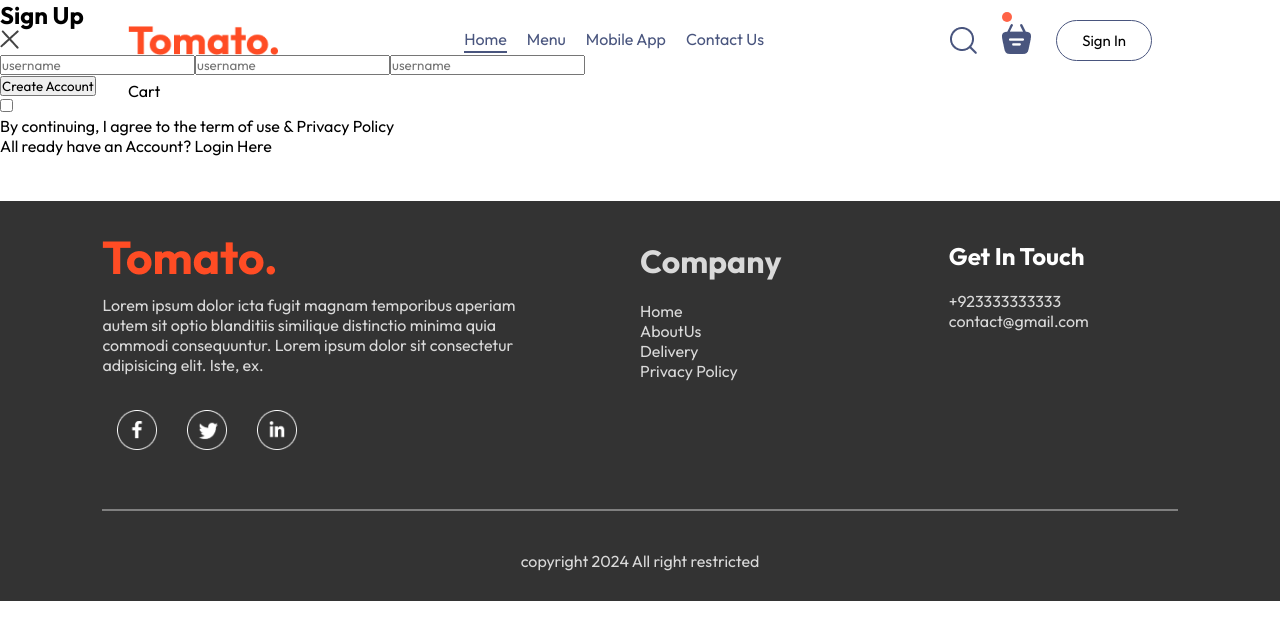
Repository: Attar786/Food-ordering-app
Page: /cart (app in frontend/), after clicking the first element matching `button`
The author's editor kept a copy of each file at every save. The page is drawn from the files as they stood at one save, then again after the next save.
The browser window is 1280 px wide. The pictures show the whole page.
The project was rebuilt for these pictures with package versions that can differ from the ones it lists, and the page was loaded fresh each time. Also part of the build but not shown: frontend/vite.config.js, frontend/src/components/Header/Header.css, frontend/src/components/Header/Header.jsx, frontend/src/components/ExploreMenu/ExploreMenu.css, frontend/src/components/ExploreMenu/ExploreMenu.jsx, frontend/src/components/FoodDisplay/FoodDisplay.css, frontend/src/components/FoodItem/FoodItem.css, frontend/src/components/FoodItem/FoodItem.jsx and 7 more.

Above is the page before, as saved 2024-07-30 14:14:47.

### frontend/src/main.jsx
import ReactDOM from 'react-dom/client'
import App from './App.jsx'
import './index.css'
import {BrowserRouter} from 'react-router-dom'
import StoreContextProvider from './context/StoreContext.jsx'
ReactDOM.createRoot(document.getElementById('root')).render(
<BrowserRouter>

<StoreContextProvider>
<App />
</StoreContextProvider>

    </BrowserRouter>
)

### frontend/src/App.jsx
import './index.css'
import Navbar from "./components/Navbar/Navbar"
import Home from './pages/Home/Home'
import Cart from './pages/Cart/Cart'
import PlaceOrder from './pages/PlaceOrder/PlaceOrder'
import { Route, Routes } from 'react-router-dom'
import Footer from './components/Footer/Footer'

import LoginPopup from './components/LoginPopup/LoginPopup'
import { useState } from 'react'
function App() {
  const [showLogin, setShowLogin] = useState(false);

  return (
    <>
  {showLogin?<LoginPopup setShowLogin={setShowLogin}/>:<></>}
  <div className='app'>
  <Navbar setShowLogin = {setShowLogin} />
<Routes>
<Route path='/' element={<Home/>}/>
<Route path='/cart' element={<Cart/>}/>
<Route path='/order' element={<PlaceOrder/>}/>
</Routes>
  </div>
  <Footer/>
    </>
  )
}

export default App

### frontend/src/index.css
@import url('https://fonts.googleapis.com/css2?family=Outfit:wght@100..900&display=swap');


*{
margin: 0;
padding: 0;
 box-sizing: border-box;
 font-family: outfit;
 scroll-behavior: smooth;
}
body{
height: 100vh;
}
a{
text-decoration: none;
color : inherit;
}
.app{
    width: 80%;
    margin: auto;
}
@keyframes fadeIn{
    0%{
        opacity: 0;
    }
    100%{
        opacity: 1;
    }
}

### frontend/src/context/StoreContext.jsx
import './StoreContext.css';
import { createContext, useEffect, useState } from 'react';
import { food_list } from '../assets/assets'; // Ensure this path is correct and food_list is correctly exported

export const StoreContext = createContext(null);

const StoreContextProvider = (props) => {
  const [cartItems, setCartItems] = useState({});

  const addToCart = (itemId) => {
    if (!cartItems[itemId]) {
      setCartItems((prev) => ({ ...prev, [itemId]: 1 }));
    } else {
      setCartItems((prev) => ({ ...prev, [itemId]: prev[itemId] + 1 }));
    }
  };

  const removeFromCart = (itemId) => {
    setCartItems((prev) => {
      const newCount = prev[itemId] - 1;
      if (newCount <= 0) {
        const { [itemId]: _, ...rest } = prev;
        return rest;
      } else {
        return { ...prev, [itemId]: newCount };
      }
    });
  };

  useEffect(() => {
    console.log(cartItems);
  }, [cartItems]);

  const contextValue = {
    food_list,
    cartItems,
    setCartItems,
    addToCart,
    removeFromCart,
  };

  return (
    <StoreContext.Provider value={contextValue}>
      {props.children}
    </StoreContext.Provider>
  );
};

export default StoreContextProvider;

### frontend/src/components/Navbar/Navbar.jsx
import { useState } from 'react';
import './Navbar.css';
import { assets } from '../../assets/assets';
import { Link } from 'react-router-dom'
const Navbar = ({setShowLogin}) => {
  const [menu, setMenu] = useState("home");

  const handleMenuClick = (menuItem) => {
    setMenu(menuItem);
  };

  return (
    <div className="navbar">
      <img src={assets.logo} alt="Logo" className="logo" />
      <ul className="navbar-menu">
        <Link to='/' onClick={() => handleMenuClick("home")} className={menu === "home" ? "active" : ""}>Home</Link>
        <a href='#explore-menu' onClick={() => handleMenuClick("menu")} className={menu === "menu" ? "active" : ""}>Menu</a>
        <a href='#app-download' onClick={() => handleMenuClick("mobile-app")} className={menu === "mobile-app" ? "active" : ""}>Mobile App</a>
        <a href='#footer' onClick={() => handleMenuClick("contact-us")} className={menu === "contact-us" ? "active" : ""}>Contact Us</a>
      </ul>
      <div className="navbar-right">
        <img src={assets.search_icon} alt="search-icon" />
        <div>
          <img src={assets.basket_icon} alt="icons" />
          <div className="dot"></div>
        </div>
        <button onClick={()=>setShowLogin(true)} >Sign In</button>
      </div>
    </div>
  );
}

export default Navbar;

### frontend/src/pages/Cart/Cart.jsx
 import './Cart.css'
const Cart = () => {
  return (
    <div>Cart</div>
  )
}

export default Cart

### frontend/src/components/Footer/Footer.jsx
import "./Footer.css"
import { assets } from "../../assets/assets"
const Footer = () => {
  return (
    <div className="footer" id="footer">
<div className="footer-content">
    <div className="footer-content-left">
        <img src={assets.logo} alt="fsf" />
    <p>  Lorem ipsum dolor icta fugit magnam temporibus aperiam autem sit optio blanditiis similique distinctio minima quia commodi consequuntur. Lorem ipsum dolor sit consectetur adipisicing elit. Iste, ex.</p>
    <div className="footer-social-icons">
        <img src={assets.facebook_icon} alt="" />
        <img src={assets.twitter_icon} alt="" />
        <img src={assets.linkedin_icon} alt="" />
    </div>

    </div>
    <div className="footer-content-center">
    <h1>Company</h1>
        <ul>
        <li>Home</li>
        <li>AboutUs</li>
        <li>Delivery</li>
        <li>Privacy Policy</li>
        </ul>
    </div>
    <div className="footer-content-right">
        <h2>Get In Touch</h2>
        <ul>
            <li>
                +923333333333
            </li>
            <li>
                contact@gmail.com
            </li>
        </ul>
    </div>
</div>
<hr/>
<p className="footer-copyright">
copyright 2024 All right restricted
</p>

    </div>
  )
}

export default Footer

### frontend/src/components/LoginPopup/LoginPopup.jsx
import { useState } from "react";
import "./LoginPopup.css";
import { assets } from "../../assets/assets";
const LoginPopup = ({ setShowLogin }) => {
  const [currState, setCurrState] = useState("Sign Up");

  return (
    <div className="login-popup">
      <form action="" className="login-popup-container">
        <div className="login-popup-title">
          <h2> {currState}</h2>
          <img
            onClick={() => setShowLogin(false)}
            src={assets.cross_icon}
            alt=""
          />
        </div>

        <div className="login-popup-inputs">
          {currState === "Login" ? (
            <></>
          ) : (
            <input type="text" placeholder="username" required />
          )}
          <input type="email" placeholder="username" required />
          <input type="password" placeholder="username" required />
        </div>
        <button>{currState === "Sign Up" ? "Create Account" : "Login"}</button>
        <div className="login-popup-condition">
          <input type="checkbox" />
          <p>By continuing, I agree to the term of use & Privacy Policy</p>
        </div>

        {currState === "Login"
        ?(
          <p>
            Create a new Account? <span onClick={()=>setCurrState("Sign Up")}>Click Here</span>
          </p>
        ) : (
          <p>
            All ready have an Account? <span onClick={()=>setCurrState("Login")}>Login Here</span>
          </p>
        )}
      </form>
    </div>
  );
};

export default LoginPopup;

### frontend/src/assets/assets.js
import basket_icon from './basket_icon.png'
import logo from './logo.png'
import header_img from './header_img.png'
import search_icon from './search_icon.png'
import menu_1 from './menu_1.png'
import menu_2 from './menu_2.png'
import menu_3 from './menu_3.png'
import menu_4 from './menu_4.png'
import menu_5 from './menu_5.png'
import menu_6 from './menu_6.png'
import menu_7 from './menu_7.png'
import menu_8 from './menu_8.png'

import food_1 from './food_1.png'
import food_2 from './food_2.png'
import food_3 from './food_3.png'
import food_4 from './food_4.png'
import food_5 from './food_5.png'
import food_6 from './food_6.png'
import food_7 from './food_7.png'
import food_8 from './food_8.png'
import food_9 from './food_9.png'
import food_10 from './food_10.png'
import food_11 from './food_11.png'
import food_12 from './food_12.png'
import food_13 from './food_13.png'
import food_14 from './food_14.png'
import food_15 from './food_15.png'
import food_16 from './food_16.png'
import food_17 from './food_17.png'
import food_18 from './food_18.png'
import food_19 from './food_19.png'
import food_20 from './food_20.png'
import food_21 from './food_21.png'
import food_22 from './food_22.png'
import food_23 from './food_23.png'
import food_24 from './food_24.png'
import food_25 from './food_25.png'
import food_26 from './food_26.png'
import food_27 from './food_27.png'
import food_28 from './food_28.png'
import food_29 from './food_29.png'
import food_30 from './food_30.png'
import food_31 from './food_31.png'
import food_32 from './food_32.png'

import add_icon_white from './add_icon_white.png'
import add_icon_green from './add_icon_green.png'
import remove_icon_red from './remove_icon_red.png'
import app_store from './app_store.png'
import play_store from './play_store.png'
import linkedin_icon from './linkedin_icon.png'
import facebook_icon from './facebook_icon.png'
import twitter_icon from './twitter_icon.png'
import cross_icon from './cross_icon.png'
import selector_icon from './selector_icon.png'
import rating_starts from './rating_starts.png'
import profile_icon from './profile_icon.png'
import bag_icon from './bag_icon.png'
import logout_icon from './logout_icon.png'
import parcel_icon from './parcel_icon.png'

export const assets = {
    logo,
    basket_icon,
    header_img,
    search_icon,
    rating_starts,
    add_icon_green,
    add_icon_white,
    remove_icon_red,
    app_store,
    play_store,
    linkedin_icon,
    facebook_icon,
    twitter_icon,
    cross_icon,
    selector_icon,
    profile_icon,
    logout_icon,
    bag_icon,
    parcel_icon
}

export const menu_list = [
    {
        menu_name: "Salad",
        menu_image: menu_1
    },
    {
        menu_name: "Rolls",
        menu_image: menu_2
    },
    {
        menu_name: "Deserts",
        menu_image: menu_3
    },
    {
        menu_name: "Sandwich",
        menu_image: menu_4
    },
    {
        menu_name: "Cake",
        menu_image: menu_5
    },
    {
        menu_name: "Pure Veg",
        menu_image: menu_6
    },
    {
        menu_name: "Pasta",
        menu_image: menu_7
    },
    {
        menu_name: "Noodles",
        menu_image: menu_8
    }]

export const food_list = [
    {
        _id: "1",
        name: "Greek salad",
        image: food_1,
        price: 12,
        description: "Food provides essential nutrients for overall health and well-being",
        category: "Salad"
    },
    {
        _id: "2",
        name: "Veg salad",
        image: food_2,
        price: 18,
        description: "Food provides essential nutrients for overall health and well-being",
        category: "Salad"
    }, {
        _id: "3",
        name: "Clover Salad",
        image: food_3,
        price: 16,
        description: "Food provides essential nutrients for overall health and well-being",
        category: "Salad"
    }, {
        _id: "4",
        name: "Chicken Salad",
        image: food_4,
        price: 24,
        description: "Food provides essential nutrients for overall health and well-being",
        category: "Salad"
    }, {
        _id: "5",
        name: "Lasagna Rolls",
        image: food_5,
        price: 14,
        description: "Food provides essential nutrients for overall health and well-being",
        category: "Rolls"
    }, {
        _id: "6",
        name: "Peri Peri Rolls",
        image: food_6,
        price: 12,
        description: "Food provides essential nutrients for overall health and well-being",
        category: "Rolls"
    }, {
        _id: "7",
        name: "Chicken Rolls",
        image: food_7,
        price: 20,
        description: "Food provides essential nutrients for overall health and well-being",
        category: "Rolls"
    }, {
        _id: "8",
        name: "Veg Rolls",
        image: food_8,
        price: 15,
        description: "Food provides essential nutrients for overall health and well-being",
        category: "Rolls"
    }, {
        _id: "9",
        name: "Ripple Ice Cream",
        image: food_9,
        price: 14,
        description: "Food provides essential nutrients for overall health and well-being",
        category: "Deserts"
    }, {
        _id: "10",
        name: "Fruit Ice Cream",
        image: food_10,
        price: 22,
        description: "Food provides essential nutrients for overall health and well-being",
        category: "Deserts"
    }, {
        _id: "11",
        name: "Jar Ice Cream",
        image: food_11,
        price: 10,
        description: "Food provides essential nutrients for overall health and well-being",
        category: "Deserts"
    }, {
        _id: "12",
        name: "Vanilla Ice Cream",
        image: food_12,
        price: 12,
        description: "Food provides essential nutrients for overall health and well-being",
        category: "Deserts"
    },
    {
        _id: "13",
        name: "Chicken Sandwich",
        image: food_13,
        price: 12,
        description: "Food provides essential nutrients for overall health and well-being",
        category: "Sandwich"
    },
    {
        _id: "14",
        name: "Vegan Sandwich",
        image: food_14,
        price: 18,
        description: "Food provides essential nutrients for overall health and well-being",
        category: "Sandwich"
    }, {
        _id: "15",
        name: "Grilled Sandwich",
        image: food_15,
        price: 16,
        description: "Food provides essential nutrients for overall health and well-being",
        category: "Sandwich"
    }, {
        _id: "16",
        name: "Bread Sandwich",
        image: food_16,
        price: 24,
        description: "Food provides essential nutrients for overall health and well-being",
        category: "Sandwich"
    }, {
        _id: "17",
        name: "Cup Cake",
        image: food_17,
        price: 14,
        description: "Food provides essential nutrients for overall health and well-being",
        category: "Cake"
    }, {
        _id: "18",
        name: "Vegan Cake",
        image: food_18,
        price: 12,
        description: "Food provides essential nutrients for overall health and well-being",
        category: "Cake"
    }, {
        _id: "19",
        name: "Butterscotch Cake",
        image: food_19,
        price: 20,
        description: "Food provides essential nutrients for overall health and well-being",
        category: "Cake"
    }, {
        _id: "20",
        name: "Sliced Cake",
        image: food_20,
        price: 15,
        description: "Food provides essential nutrients for overall health and well-being",
        category: "Cake"
    }, {
        _id: "21",
        name: "Garlic Mushroom ",
        image: food_21,
        price: 14,
        description: "Food provides essential nutrients for overall health and well-being",
        category: "Pure Veg"
    }, {
        _id: "22",
        name: "Fried Cauliflower",
        image: food_22,
        price: 22,
        description: "Food provides essential nutrients for overall health and well-being",
        category: "Pure Veg"
    }, {
        _id: "23",
        name: "Mix Veg Pulao",
        image: food_23,
        price: 10,
        description: "Food provides essential nutrients for overall health and well-being",
        category: "Pure Veg"
    }, {
        _id: "24",
        name: "Rice Zucchini",
        image: food_24,
        price: 12,
        description: "Food provides essential nutrients for overall health and well-being",
        category: "Pure Veg"
    },
    {
        _id: "25",
        name: "Cheese Pasta",
        image: food_25,
        price: 12,
        description: "Food provides essential nutrients for overall health and well-being",
        category: "Pasta"
    },
    {
        _id: "26",
        name: "Tomato Pasta",
        image: food_26,
        price: 18,
        description: "Food provides essential nutrients for overall health and well-being",
        category: "Pasta"
    }, {
        _id: "27",
        name: "Creamy Pasta",
        image: food_27,
        price: 16,
        description: "Food provides essential nutrients for overall health and well-being",
        category: "Pasta"
    }, {
        _id: "28",
        name: "Chicken Pasta",
        image: food_28,
        price: 24,
        description: "Food provides essential nutrients for overall health and well-being",
        category: "Pasta"
    }, {
        _id: "29",
        name: "Buttter Noodles",
        image: food_29,
        price: 14,
        description: "Food provides essential nutrients for overall health and well-being",
        category: "Noodles"
    }, {
        _id: "30",
        name: "Veg Noodles",
        image: food_30,
        price: 12,
        description: "Food provides essential nutrients for overall health and well-being",
        category: "Noodles"
    }, {
        _id: "31",
        name: "Somen Noodles",
        image: food_31,
        price: 20,
        description: "Food provides essential nutrients for overall health and well-being",
        category: "Noodles"
    }, {
        _id: "32",
        name: "Cooked Noodles",
        image: food_32,
        price: 15,
        description: "Food provides essential nutrients for overall health and well-being",
        category: "Noodles"
    }
]

### frontend/src/components/Navbar/Navbar.css
.navbar{
    padding: 20px 0;
    display: flex;
    justify-content: space-between;
    align-items: center;
}
.navbar .logo{
    width: 150px;
}
.navbar-menu{
    display: flex;
    list-style: none;
    gap: 20px;
    font: 18px;
    color: #49557e;
    cursor: pointer;
}
.navbar-right{
    display: flex;
    align-items: center;
    gap: 25px;

}
.navbar button{
    font-size: 15px;
    border: 1px solid #49557e;
    background: transparent;
    padding: 10px 25px;
    cursor: pointer;
    border-radius: 40px;
    transition: 0.3s;
}
.navbar button:hover{
    background-color: #fff4f2;
}
.navbar .navbar-menu .active{
    padding-bottom: 2px;
    border-bottom: 2px solid #49557e;

}
.search-icon{
    position: relative;
}
/* .search-icon .dot{ */
    /* position: absolute;
    top: -5px;
    right: -5px;
    width: 10px;
    height: 10px;
    background-color: blue;
    border-radius: 50%;
} */
.dot {
    position: absolute;
    top: 12px; /* Adjust as needed */
    right: 268px; /* Adjust as needed */
    width: 10px;
    height: 10px;
    background-color: tomato;
    border-radius: 50%;}
    @media (max-width: 1050px)
    {
        .navbar .logo{
            width: 140px;
        }
        .navbar-menu{
            gap: 20px;
            font-size: 17px;
        }
        .nav-right {
            gap: 30px;
        };
        .navbar-right img{
            width: 22px;
        }
        .navbar-right button{
            padding: 8px 25px;
        };

    }

    @media (max-width: 900px)
    {
        .navbar .logo{
            width: 100px;
        }
        .navbar-menu{
            gap: 10px;
            font-size: 16px;
        }
        .Nav-right {
            gap: 20px;
        }
        .navbar-right img{
            width: 17px;

        }
        .navbar-right button{
            padding: 7px 15px;
            font-size: 10px;
        }
    }

    @media (max-width: 750px)
    {

        .navbar-menu{
            display: none;;
        }
    }

### frontend/src/components/Footer/Footer.css
.footer {
    color: #d9d9d9;
    background-color: hsl(0, 0%, 20%);
    display: flex;
    flex-direction: column;
    align-items: center;
    gap: 20px;
    padding: 30px 8vw; /* Fixed padding syntax */
    padding-top: 40px;
    margin-top: 100px;
}

.footer-content {
    width: 100%;
    display: grid;
    grid-template-columns: 2fr 1fr 1fr;
    gap: 80px;
}

.footer-content-left, .footer-content-center, .footer-content-right {
    display: flex;
    flex-direction: column;
    align-items: start;
    gap: 20px;
}

.footer-content-left li, .footer-content-center li, .footer-content-right li {
    list-style: none;
    cursor: pointer;
}
.footer-content-center h2, .footer-content-right h2 {
    color: white;
}
.footer-social-icons img {
width: 40px;
margin: 15px;
}
.footer-social-icons img:hover {
    width: 40px;
    margin: 15px;
    }
.footer hr{
    width: 100%;
    height: 2px;
    margin: 20px 0;
    background-color : gray;
    border: none;
}
@media (max-width: 1050px) {
    .footer-content{
        display: flex;
        flex-direction:column;
        gap: 35px;
    }
    .footer-copyright{
        text-align: center;
}
}

### frontend/src/components/LoginPopup/LoginPopup.css
.login-popup{
    position: absolute;
    z-index: 1;
    width: 100%;
    height: 100%;

}

Loaded but not shown: frontend/index.html (common file); frontend/src/context/StoreContext.css (no stored copy; drawn as an empty file); frontend/src/pages/Home/Home.css (no stored copy; drawn as an empty file)

After the next save:
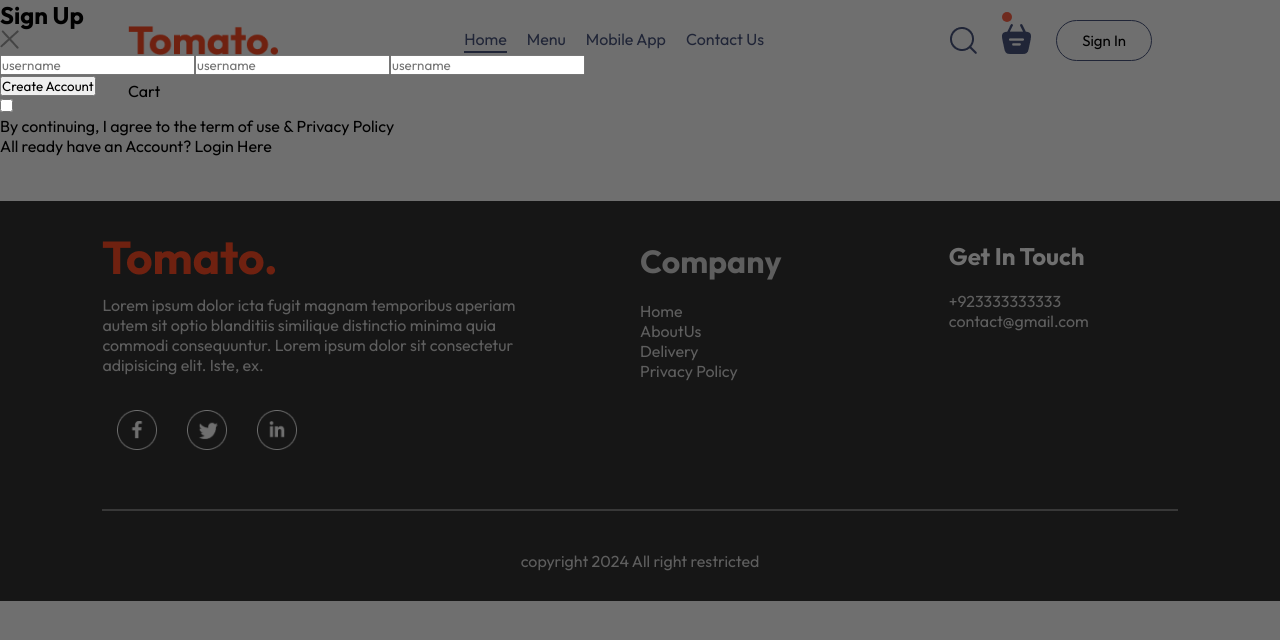
Saved 61 s later.
--- a/frontend/src/components/LoginPopup/LoginPopup.css
+++ b/frontend/src/components/LoginPopup/LoginPopup.css
@@ -3,5 +3,5 @@
     z-index: 1;
     width: 100%;
     height: 100%;
-
+    background-color: #00000090;
 }
